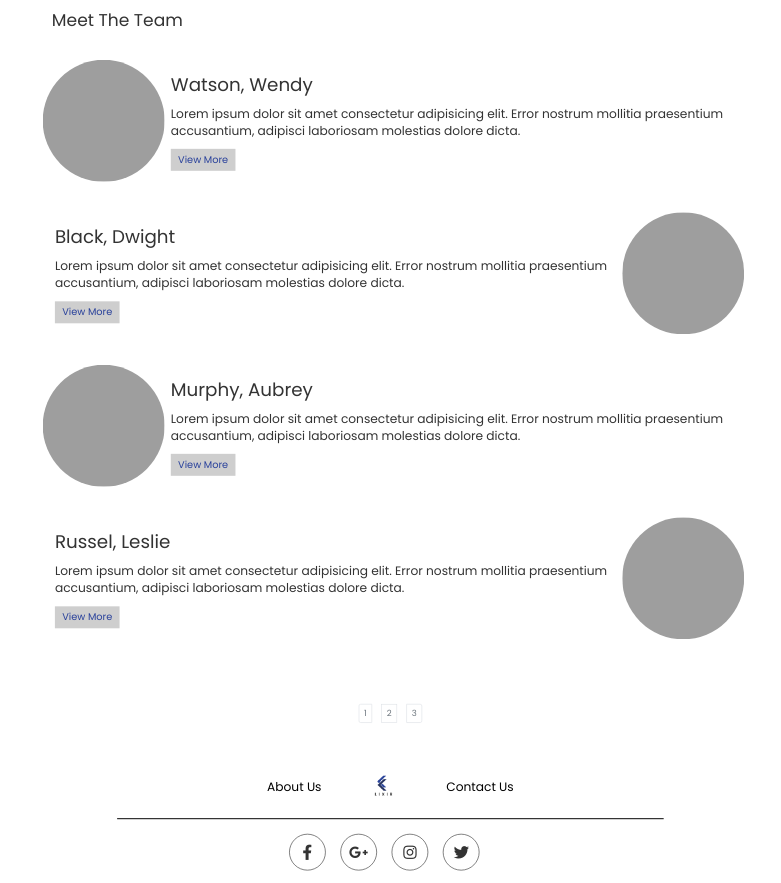
Repository: phiiileo/lit-page
Page: team-page.html
The author's editor kept a copy of each file at every save. The page is drawn from the files as they stood at one save, then again after the next save.
The browser window is 1280 px wide. The pictures show the whole page, at 61% of full size.
Pictures or frames that could not be fetched are drawn as grey boxes. Some web libraries are served in a nearby version.

Above is the page before, as saved 2019-12-04 22:27:46.

### team-page.html
<head>
  <meta charset="UTF-8" />
  <meta name="viewport" content="width=device-width, initial-scale=1.0" />
  <meta http-equiv="X-UA-Compatible" content="ie=edge" />
  <title>Lixir | Official Page</title>
  <link
    rel="stylesheet"
    href="css/bootstrap-4.4.0-dist/css/bootstrap.min.css"
  />
  <script src="js/jquery-1.11.1.min.js"></script>
  <script src="js/popper.min.js"></script>
  <script src="css/bootstrap-4.4.0-dist/js/bootstrap.min.js"></script>
  <link
    href="https://fonts.googleapis.com/css?family=Poppins&display=swap"
    rel="stylesheet"
  />
  <link
    rel="stylesheet"
    type="text/css"
    href="https://cdnjs.cloudflare.com/ajax/libs/font-awesome/5.11.2/css/all.min.css"
  />
  <link rel="stylesheet" href="css/site_footer.css" />
  <link rel="stylesheet" href="./css/team-page.css">
</head>

<body>


<div class="container">
    <p><h3>Meet The Team</h3></p>
    <div class="row row-cols-1 row-cols-md-1 mt-5 mb-5">
        <div class="card mb-5">
            <div class="row no-gutters ">

                <div class="col-md-2 text-center">
                    <img src="https://res.cloudinary.com/gboyega/image/upload/v1575387409/grillspot/profile-placeholder_kqu2no.png" alt="profileImage" class=" card-img team-image img-responsive">
                </div>

                <div class="col-md-10">
                    <div class="card-body">
                        <h5 class="card-title">Watson, Wendy</h5>
                        <p class="card-text">Lorem ipsum dolor sit amet consectetur adipisicing elit. Error nostrum mollitia praesentium accusantium, adipisci laboriosam molestias dolore dicta.</p>
                        <p class="card-text"><button class="btn btn-secondary" id="viewMoreButton">View More</button></p>
                    </div>
                </div>

            </div>
        </div>

        <div class="card mb-5">
            <div class="row no-gutters ">

                 <div class="col-md-10">
                    <div class="card-body">
                        <h5 class="card-title">Black, Dwight</h5>
                        <p class="card-text">Lorem ipsum dolor sit amet consectetur adipisicing elit. Error nostrum mollitia
                            praesentium accusantium, adipisci laboriosam molestias dolore dicta.</p>
                        <p class="card-text"><button class="btn btn-secondary" id="viewMoreButton">View More</button></p>
                    </div>
                </div>

                <div class="col-md-2 text-center">
                    <img src="https://res.cloudinary.com/gboyega/image/upload/v1575387409/grillspot/profile-placeholder_kqu2no.png"
                        alt="profileImage" class=" card-img team-image img-responsive">
                </div>

            </div>
        </div>


        <div class="card mb-5">
            <div class="row no-gutters ">

                <div class="col-md-2 text-center">
                    <img src="https://res.cloudinary.com/gboyega/image/upload/v1575387409/grillspot/profile-placeholder_kqu2no.png"
                        alt="profileImage" class=" card-img team-image img-responsive">
                </div>

                <div class="col-md-10">
                    <div class="card-body">
                        <h5 class="card-title">Murphy, Aubrey</h5>
                        <p class="card-text">Lorem ipsum dolor sit amet consectetur adipisicing elit. Error nostrum mollitia
                            praesentium accusantium, adipisci laboriosam molestias dolore dicta.</p>
                        <p class="card-text"><button class="btn btn-secondary" id="viewMoreButton">View More</button></p>
                    </div>
                </div>

            </div>
        </div>

        <div class="card mb-5">
            <div class="row no-gutters">

                <div class="col-md-10">
                    <div class="card-body">
                        <h5 class="card-title">Russel, Leslie</h5>
                        <p class="card-text">Lorem ipsum dolor sit amet consectetur adipisicing elit. Error nostrum mollitia
                            praesentium accusantium, adipisci laboriosam molestias dolore dicta.</p>
                        <p class="card-text"><button class="btn btn-secondary" id="viewMoreButton">View More</button></p>
                    </div>
                </div>

                <div class="col-md-2 text-center">
                    <img src="https://res.cloudinary.com/gboyega/image/upload/v1575387409/grillspot/profile-placeholder_kqu2no.png"
                        alt="profileImage" class=" card-img team-image img-responsive">
                </div>

            </div>
        </div>

    </div>

    <nav aria-label="...">
        <ul class="pagination pagination-sm justify-content-center">
            <li class="page-item disabled m-2"><a class="page-link" href="#">1</a></li>
            <li class="page-item disabled m-2"><a class="page-link" href="#">2</a></li>
            <li class="page-item disabled m-2"><a class="page-link" href="#">3</a></li>
        </ul>
    </nav>

</div>

<footer class="mt-5">
  <section class="footer_content mx-auto text-center">
    <section class="footer_content--one">
      <a href="about_us.php" class="">About Us</a>
      <a href="index.php" class="mx-5">
        <img src="image/footer_logo.png" alt="" width="100px" height="100px"
      /></a>
      <a href="contact.php" class="">Contact Us</a>
    </section>
    <section class="footer_content--two pt-4">
      <a href="#"><i class="fab fa-facebook-f"></i></a>
      <a href=""><i class="fab fa-google-plus-g"></i></a>
      <a href=""><i class="fab fa-instagram"></i></a>
      <a href=""><i class="fab fa-twitter"></i></a>
    </section>
  </section>
</footer>
</body>

### css/site_footer.css
footer .footer_content {
    width: 70%;
  }

  footer .footer_content .footer_content--one {
    width: 100%;
    border-bottom: 2px solid #333333;
  }

  footer .footer_content .footer_content--one a {
    font-size: 20px;
    line-height: 28px;
    color: #000000;
    display: inline-block;
  }

  footer .footer_content .footer_content--two a {
    color: #333333;
    border: 1px solid #333333;
    border-radius: 50%;
    width: 60px;
    height: 60px;
    display: -webkit-inline-box;
    display: -ms-inline-flexbox;
    display: inline-flex;
    -webkit-box-pack: center;
        -ms-flex-pack: center;
            justify-content: center;
    -webkit-box-align: center;
        -ms-flex-align: center;
            align-items: center;
    margin-right: 20px;
    margin-bottom: 20px;
  }

  footer .footer_content .footer_content--two a i {
    font-size: 25px;
  }

### css/team-page.css
* {
  margin-top: 0;
  padding: 0px;
  box-sizing: border-box;
  font-family: "Poppins", sans-serif;
  color: #333333;
}
.team-image{
    width: 200px;
    height: 200px;
    border-radius: 50%;
}

.card{
    border: 0;
}

.card-title{
    font-size: 30px;
    line-height: 140.62%;
}

.card-text{
    font-size: 20px;
    line-height: 140.62%;

}

#viewMoreButton{
    color:#29419b ;
    background: #cecece;
    border-radius: 0;
    border: 0;
}

#viewMoreButton:hover{
    color:#cecece;
    background: #29419b;
}

li{
    border-radius: 25px;
}

Loaded but not shown: css/bootstrap-4.4.0-dist/css/bootstrap.min.css (library); js/jquery-1.11.1.min.js (library); js/popper.min.js (library); css/bootstrap-4.4.0-dist/js/bootstrap.min.js (library)

After the next save:
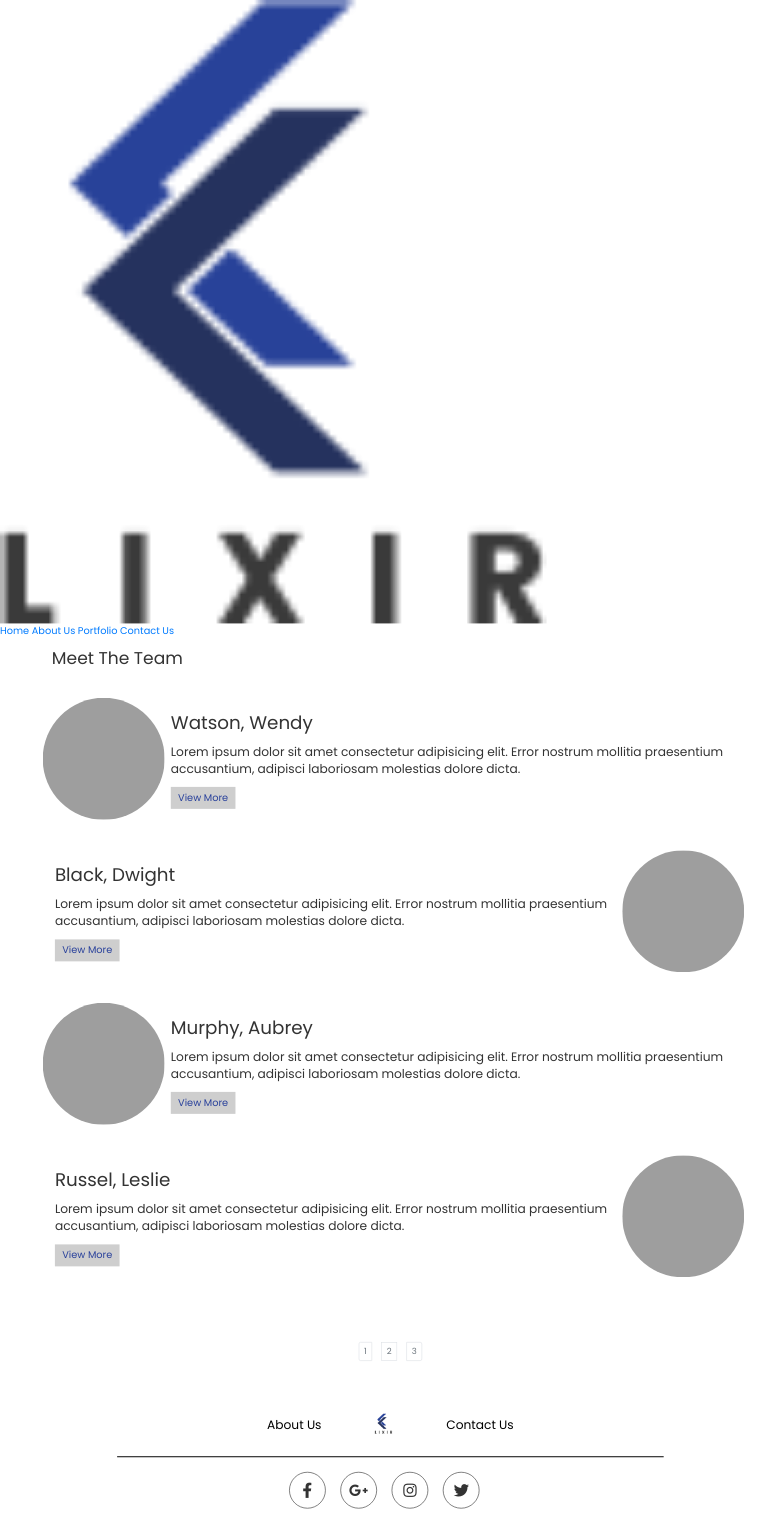
Saved 10 s later.
--- a/team-page.html
+++ b/team-page.html
@@ -24,7 +24,23 @@
 </head>
 
 <body>
-
+    <nav>
+        <div class="nav-logo">
+            <img src="./image/lixir_logo.png" class="logo" alt="logo" width="70%" />
+        </div>
+        <div class="burger">
+            <div class="line1"></div>
+            <div class="line2"></div>
+            <div class="line3"></div>
+        </div>
+        </div>
+        <div class="navlinks">
+            <a href="#">Home</a>
+            <a href="#">About Us</a>
+            <a href="#">Portfolio</a>
+            <a href="#">Contact Us</a>
+        </div>
+    </nav>
 
 <div class="container">
     <p><h3>Meet The Team</h3></p>
